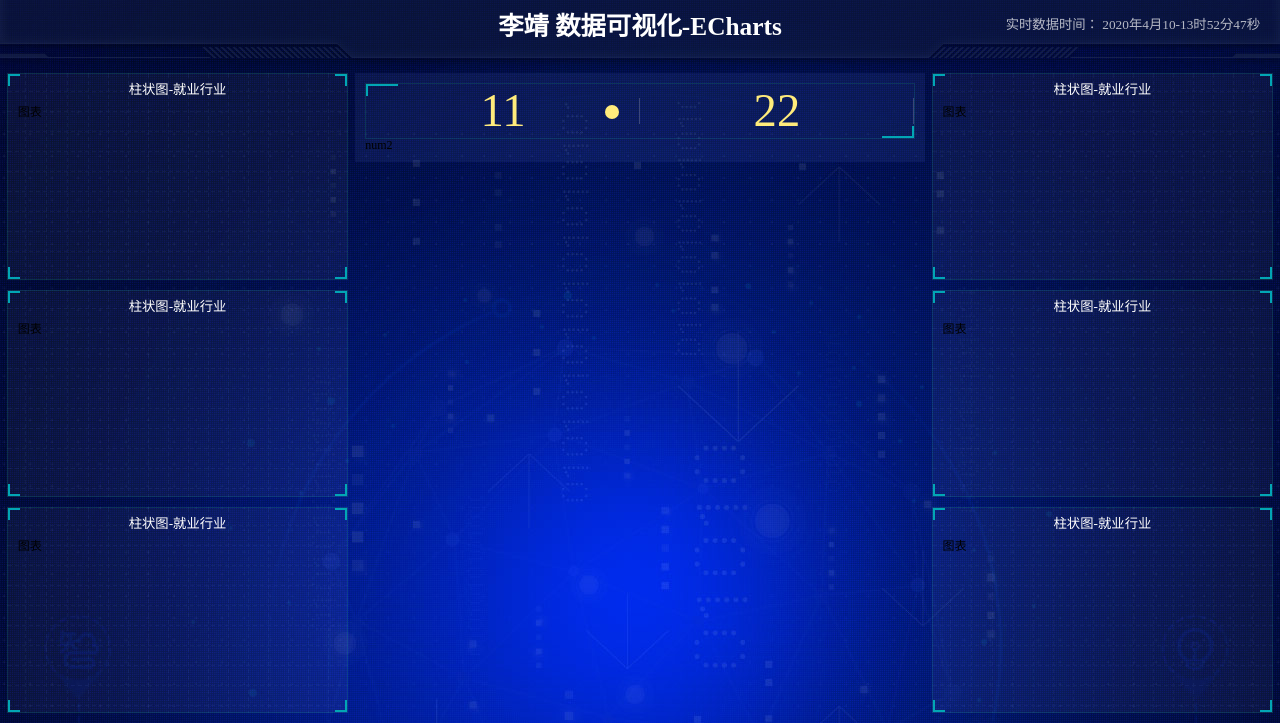
Repository: Jasonlee6789/ECharts
Page: Echarts/index.html
An editor plug-in stored every save of this project. The page is shown before and after the next save, followed by the edit.
The browser window is 1280 px wide. The pictures show the whole page.
The style sheet was rebuilt from its Sass, Less or Tailwind sources for each picture, by a compiler version that may differ from the author's.

Above is the page before, as saved 2020-05-21 16:22:41.
Console error: ReferenceError: tme is not defined

After the next save:
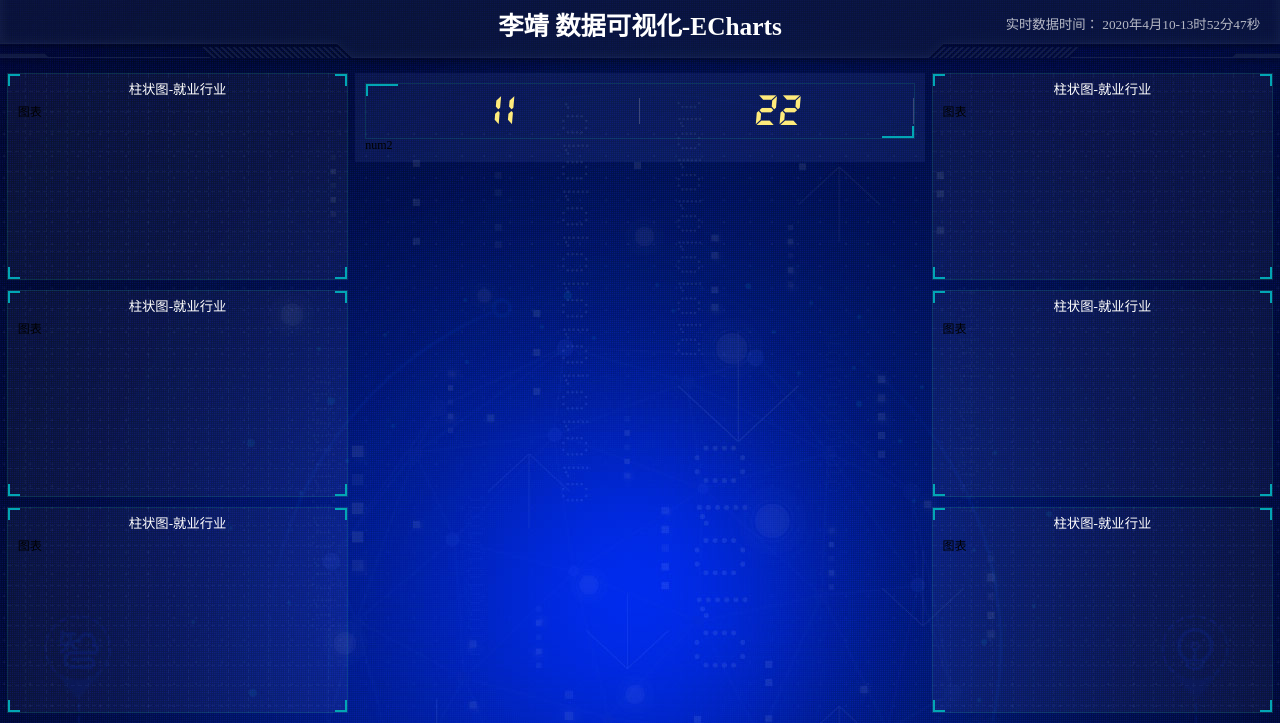
Saved 65 s later.
--- a/Echarts/css/index.less
+++ b/Echarts/css/index.less
@@ -11,15 +11,15 @@
     background-color: pink;
 }
 
-// li {
-//     list-style: none;
-// }
-
-// /* 声明字体*/
-// @font-face {
-//     font-family: electronicFont;
-//     src: url(../font/DS-DIGIT.TTF);
-// }
+li {
+    list-style: none;
+}
+
+/* 声明字体*/
+@font-face {
+    font-family: electronicFont;
+    src: url(../font/DS-DIGIT.TTF);
+}
 
 body {
     background: url(../images/bg.jpg) no-repeat top center;
